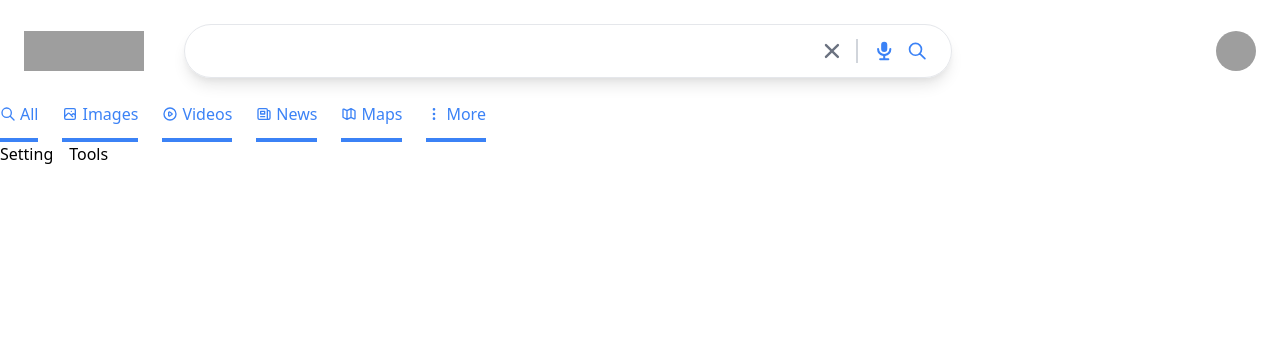
Repository: JuanOnly/google-clone
Page: /search
These files come from the project's save history. The page is drawn as it stood at one moment and after the next save; the edit follows.
The browser window is 1280 px wide. The pictures show the whole page.
Pictures or frames that could not be fetched are drawn as grey boxes. The project was rebuilt for these pictures with package versions that can differ from the ones it lists, and the page was loaded fresh each time. The framework's server and built-in components were replaced by stand-ins that run in the browser. Also part of the build but not shown: next.config.js.

Above is the page before, as saved 2021-05-22 17:38:10.

After the next save:
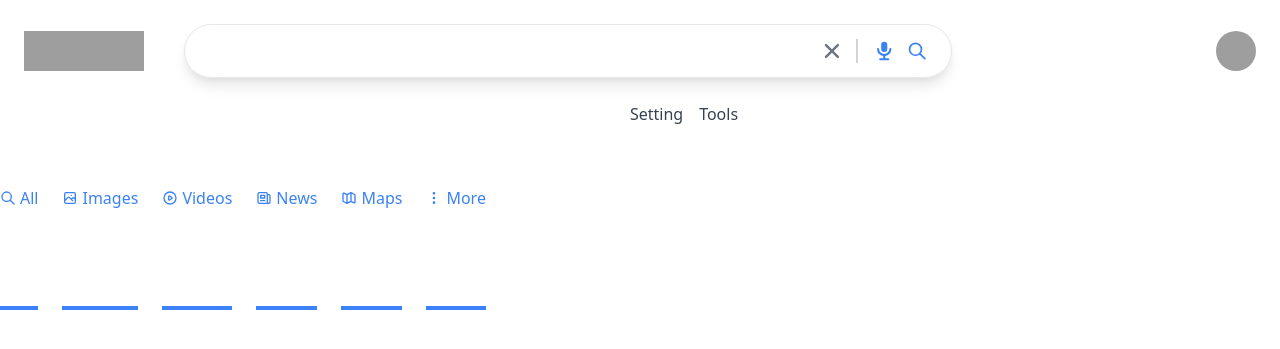
Saved 5 min 28 s later.
--- a/components/HeaderOptions.js
+++ b/components/HeaderOptions.js
@@ -10,7 +10,7 @@
 
 function HeaderOptions() {
   return (
-    <div>
+    <div className="flex w-full text-gray-700 justify-evenly text-sm lg:text-base lg:justify-start lg:space-x-36 lg:h-52">
       {/* Left */}
       <div className="flex space-x-6">
         <HeaderOption Icon={SearchIcon} title="All" selected />
